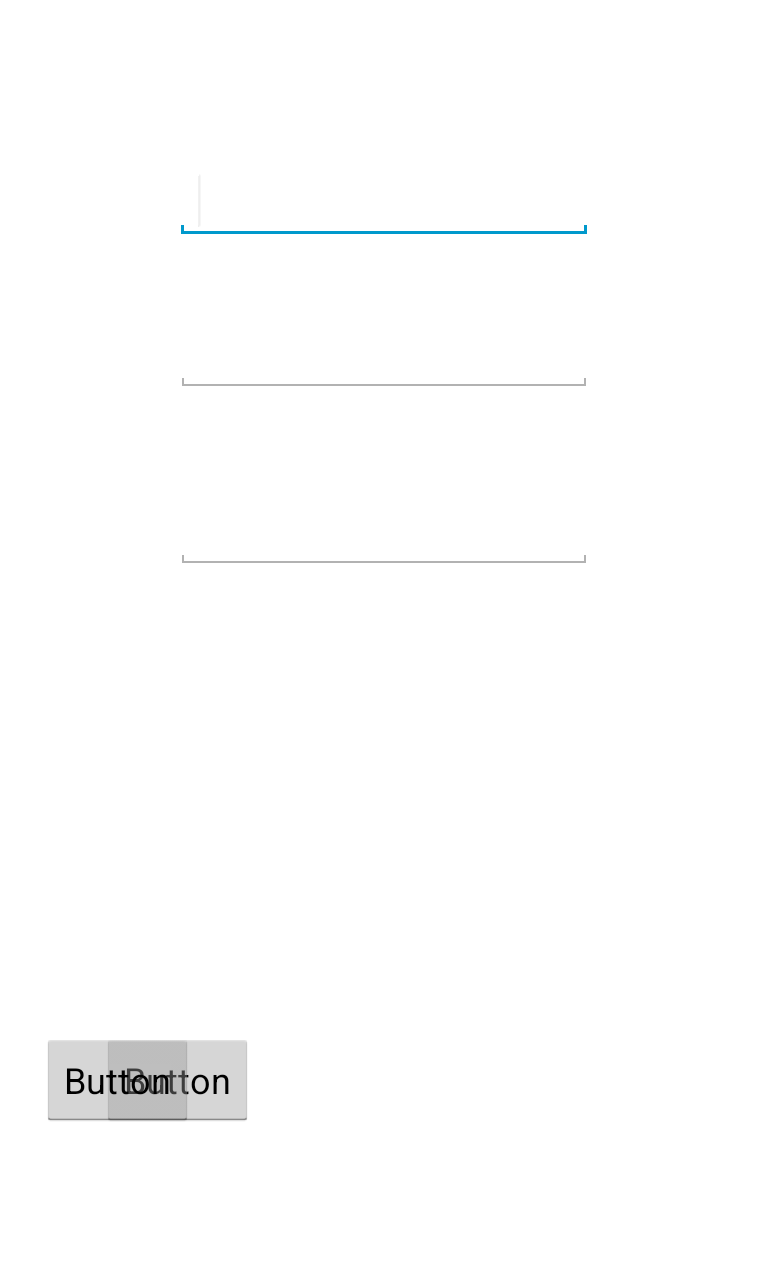
Repository: sergiofffilho/TrocandoIdeias
Layout: workspace/TrocandoIdeias/res/layout/activity_cadastro.xml
These files come from the project's save history. The layout is drawn as it stood at one moment and after the next save; the edit follows.
It is drawn on a 768 x 1280 px phone screen (xhdpi) without system bars, with theme AppTheme; the app's code is not run. The app's manifest (not shown) leaves right-to-left support off. So textAlignment, textDirection and layoutDirection are ignored, and left and right values win over start and end ones.

Above is the layout before, as saved 2015-04-25 15:22:30.

After the next save:
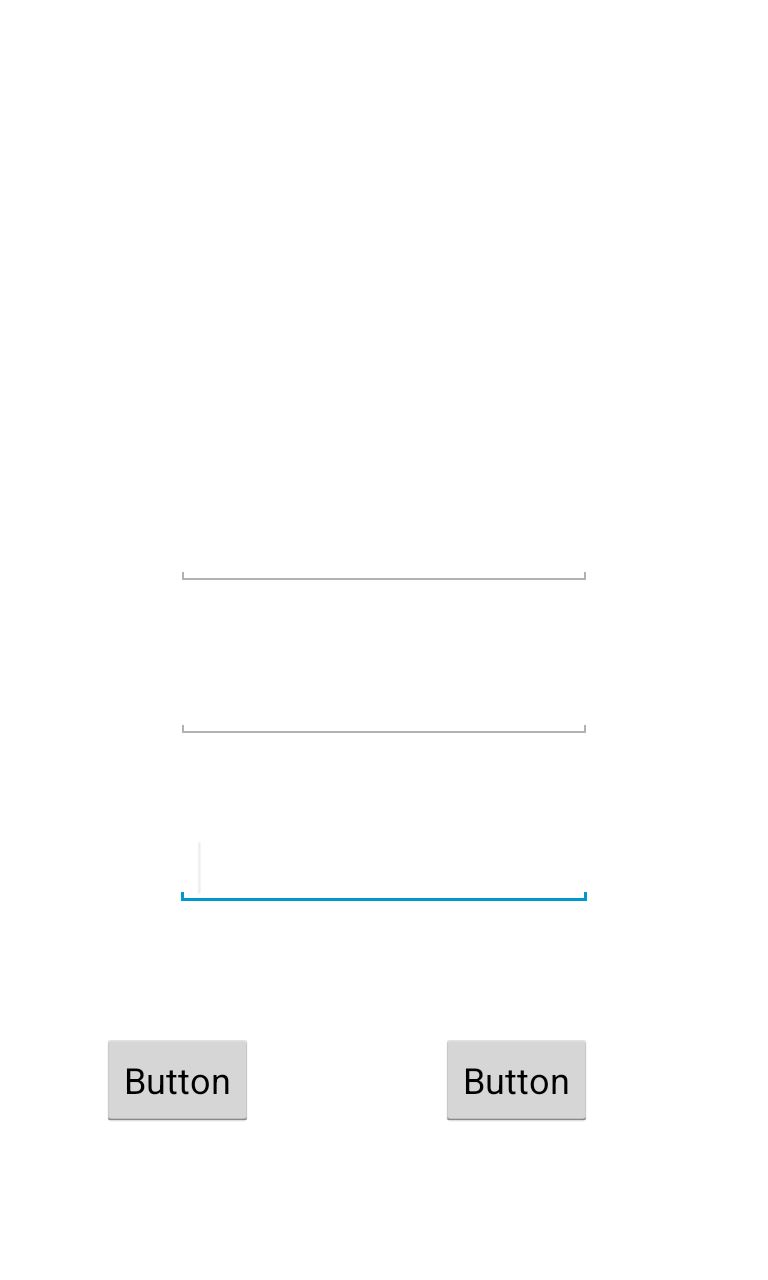
Saved 4 s later.
--- a/workspace/TrocandoIdeias/res/layout/activity_cadastro.xml
+++ b/workspace/TrocandoIdeias/res/layout/activity_cadastro.xml
@@ -7,36 +7,6 @@
     android:paddingRight="@dimen/activity_horizontal_margin"
     android:paddingTop="@dimen/activity_vertical_margin"
     tools:context="ufc.quixada.trocandoideias.Cadastro" >
-
-    <EditText
-        android:id="@+id/editText1"
-        android:layout_width="wrap_content"
-        android:layout_height="wrap_content"
-        android:layout_alignParentTop="true"
-        android:layout_centerHorizontal="true"
-        android:layout_marginTop="65dp"
-        android:ems="10" >
-
-        <requestFocus />
-    </EditText>
-
-    <EditText
-        android:id="@+id/editText2"
-        android:layout_width="wrap_content"
-        android:layout_height="wrap_content"
-        android:layout_below="@+id/editText1"
-        android:layout_centerHorizontal="true"
-        android:layout_marginTop="37dp"
-        android:ems="10" />
-
-    <EditText
-        android:id="@+id/editText3"
-        android:layout_width="wrap_content"
-        android:layout_height="wrap_content"
-        android:layout_alignRight="@+id/editText2"
-        android:layout_below="@+id/editText2"
-        android:layout_marginTop="49dp"
-        android:ems="10" />
 
     <Button
         android:id="@+id/button1"
@@ -55,7 +25,38 @@
         android:layout_alignBaseline="@+id/button1"
         android:layout_alignBottom="@+id/button1"
         android:layout_alignEnd="@+id/button1"
-        android:layout_marginRight="30dp"
+        android:layout_alignRight="@+id/editText3"
         android:text="Button" />
 
+    <EditText
+        android:id="@+id/editText2"
+        android:layout_width="wrap_content"
+        android:layout_height="wrap_content"
+        android:layout_above="@+id/editText3"
+        android:layout_centerHorizontal="true"
+        android:layout_marginBottom="44dp"
+        android:ems="10" />
+
+    <EditText
+        android:id="@+id/editText1"
+        android:layout_width="wrap_content"
+        android:layout_height="wrap_content"
+        android:layout_above="@+id/editText2"
+        android:layout_centerHorizontal="true"
+        android:layout_marginBottom="37dp"
+        android:ems="10"
+        android:inputType="textEmailAddress" />
+
+    <EditText
+        android:id="@+id/editText3"
+        android:layout_width="wrap_content"
+        android:layout_height="wrap_content"
+        android:layout_above="@+id/button1"
+        android:layout_alignLeft="@+id/editText2"
+        android:layout_marginBottom="62dp"
+        android:ems="10" >
+
+        <requestFocus />
+    </EditText>
+
 </RelativeLayout>
